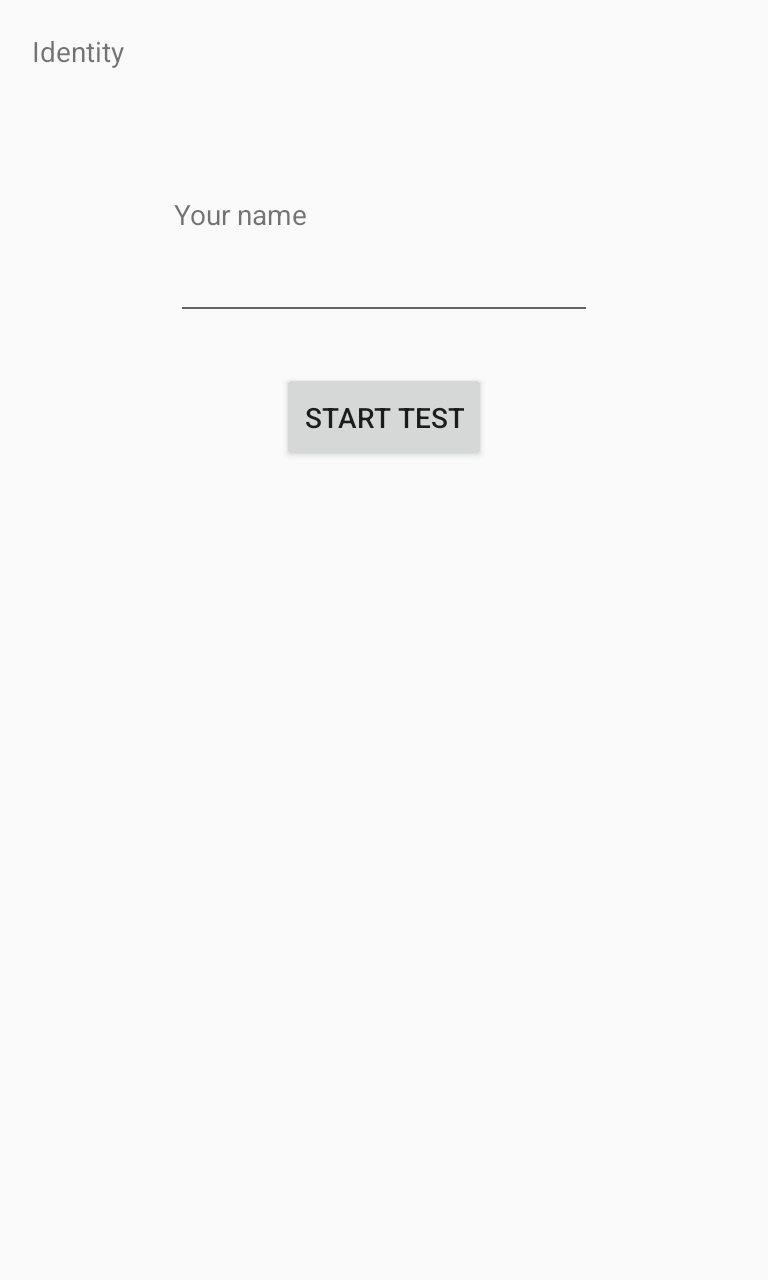
Repository: klund101/OticonHearingEvaluation
Layout: hearing_evaluation/res/layout/activity_identity.xml
These files come from the project's save history. The layout is drawn as it stood at one moment and after the next save; the edit follows.
It is drawn on a 768 x 1280 px phone screen (xhdpi) without system bars, with theme AppTheme; the app's code is not run.

Above is the layout before, as saved 2015-09-17 11:09:41.

### hearing_evaluation/res/layout/activity_identity.xml
<RelativeLayout xmlns:android="http://schemas.android.com/apk/res/android"
    xmlns:tools="http://schemas.android.com/tools"
    android:layout_width="match_parent"
    android:layout_height="match_parent"
    android:paddingBottom="@dimen/activity_vertical_margin"
    android:paddingLeft="@dimen/activity_horizontal_margin"
    android:paddingRight="@dimen/activity_horizontal_margin"
    android:paddingTop="@dimen/activity_vertical_margin"
    tools:context="com.example.hearing_evaluation.IdentityActivity" >

    <TextView
        android:id="@+id/textView1"
        android:layout_width="wrap_content"
        android:layout_height="wrap_content"
        android:text="Identity" />

    <EditText
        android:id="@+id/userName"
        android:layout_width="wrap_content"
        android:layout_height="wrap_content"
        android:layout_below="@+id/textView1"
        android:layout_centerHorizontal="true"
        android:layout_marginTop="86dp"
        android:ems="10"
        android:inputType="textPersonName" />

    <Button
        android:id="@+id/btnStartTest"
        android:layout_width="wrap_content"
        android:layout_height="wrap_content"
        android:layout_below="@+id/userName"
        android:layout_centerHorizontal="true"
        android:layout_marginTop="22dp"
        android:text="Start test" />

    <TextView
        android:id="@+id/introText"
        android:layout_width="wrap_content"
        android:layout_height="wrap_content"
        android:layout_alignBottom="@+id/userName"
        android:layout_alignLeft="@+id/userName"
        android:layout_marginBottom="46dp"
        android:text="Your name" />

</RelativeLayout>

Loaded but not shown: hearing_evaluation/res/values/styles.xml (common file); hearing_evaluation/res/values-v11/styles.xml (common file); hearing_evaluation/res/values-v14/styles.xml (common file); hearing_evaluation/res/values/dimens.xml (common file); hearing_evaluation/res/values-w820dp/dimens.xml (common file)

After the next save:
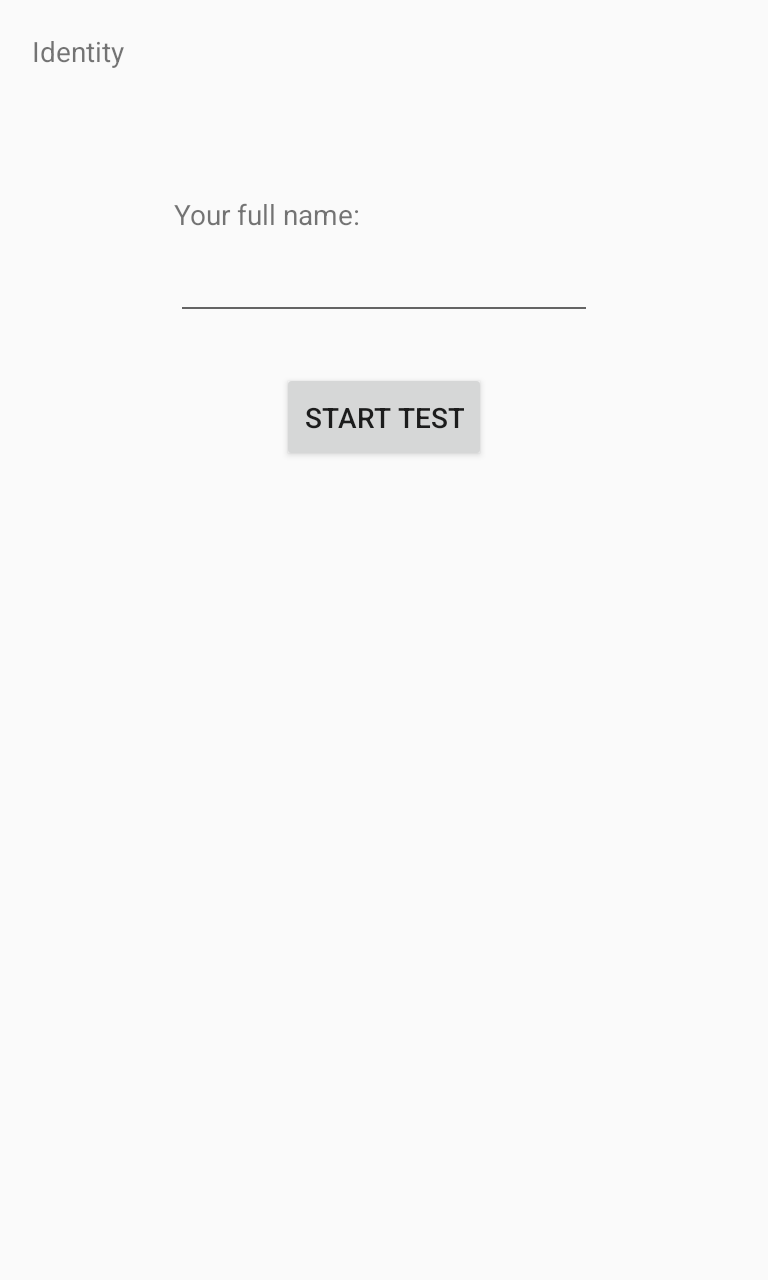
Saved 3 min 11 s later.
--- a/hearing_evaluation/res/layout/activity_identity.xml
+++ b/hearing_evaluation/res/layout/activity_identity.xml
@@ -40,6 +40,6 @@
         android:layout_alignBottom="@+id/userName"
         android:layout_alignLeft="@+id/userName"
         android:layout_marginBottom="46dp"
-        android:text="Your name" />
+        android:text="Your full name:" />
 
 </RelativeLayout>
